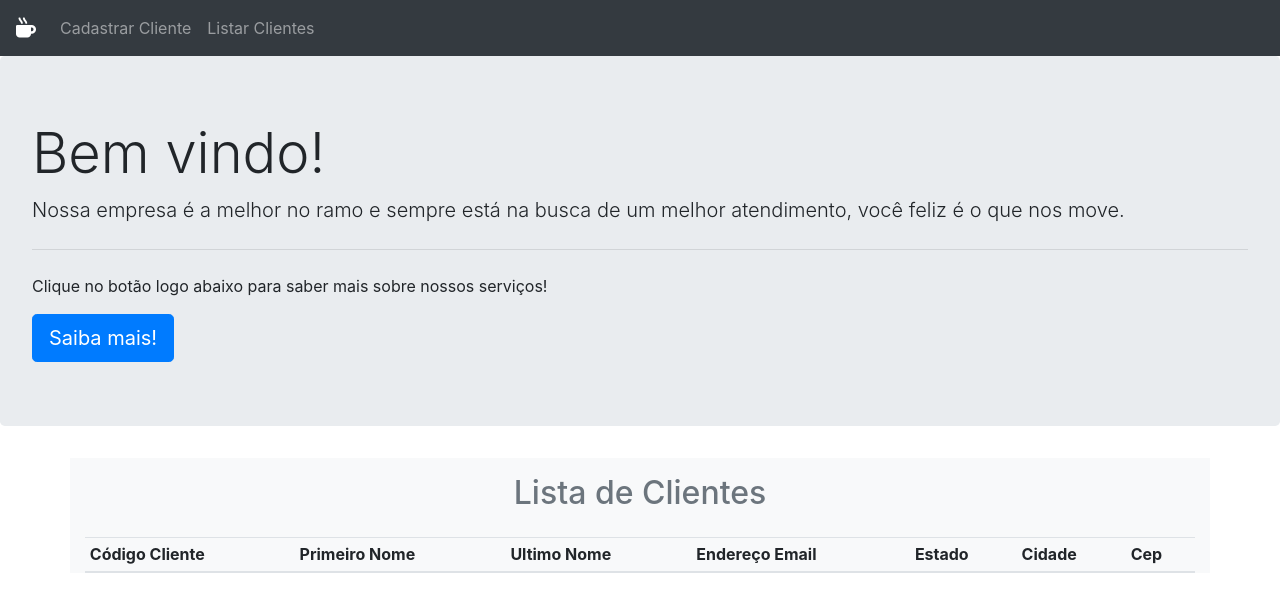
Repository: Ticapril/CRUD-JAVA
Page: http://localhost/CRUD-Java/ListarCliente.jsp
The author's editor kept a copy of each file at every save. The page is drawn from the files as they stood at one save, then again after the next save.
The browser window is 1280 px wide. The pictures show the whole page.
The page is served by Tomcat 9. The template is opened directly, without the code that normally fills it, so the values that code supplies are empty.

Above is the page before, as saved 2020-11-25 23:25:11.

After the next save:
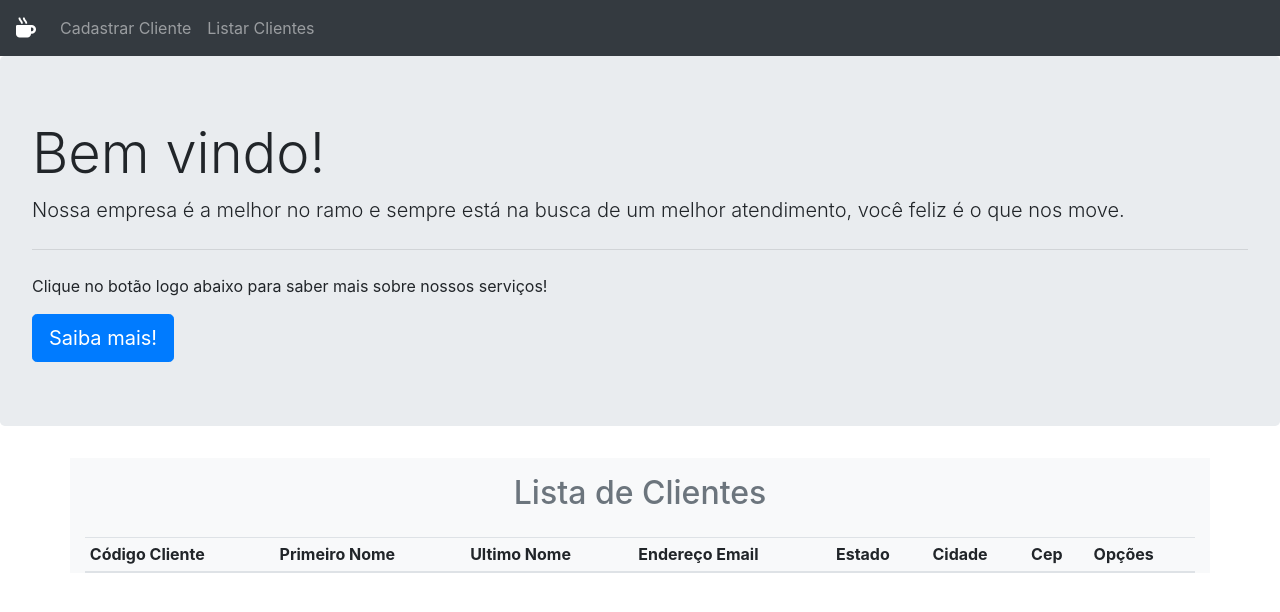
Saved 117 s later.
--- a/CRUD-Java/WebContent/ListarCliente.jsp
+++ b/CRUD-Java/WebContent/ListarCliente.jsp
@@ -54,6 +54,8 @@
 					<th scope="col">Estado</th>
 					<th scope="col">Cidade</th>
 					<th scope="col">Cep</th>
+					<th scope="col">Opções</th>
+
             </tr>
         </thead>
         <tbody>
